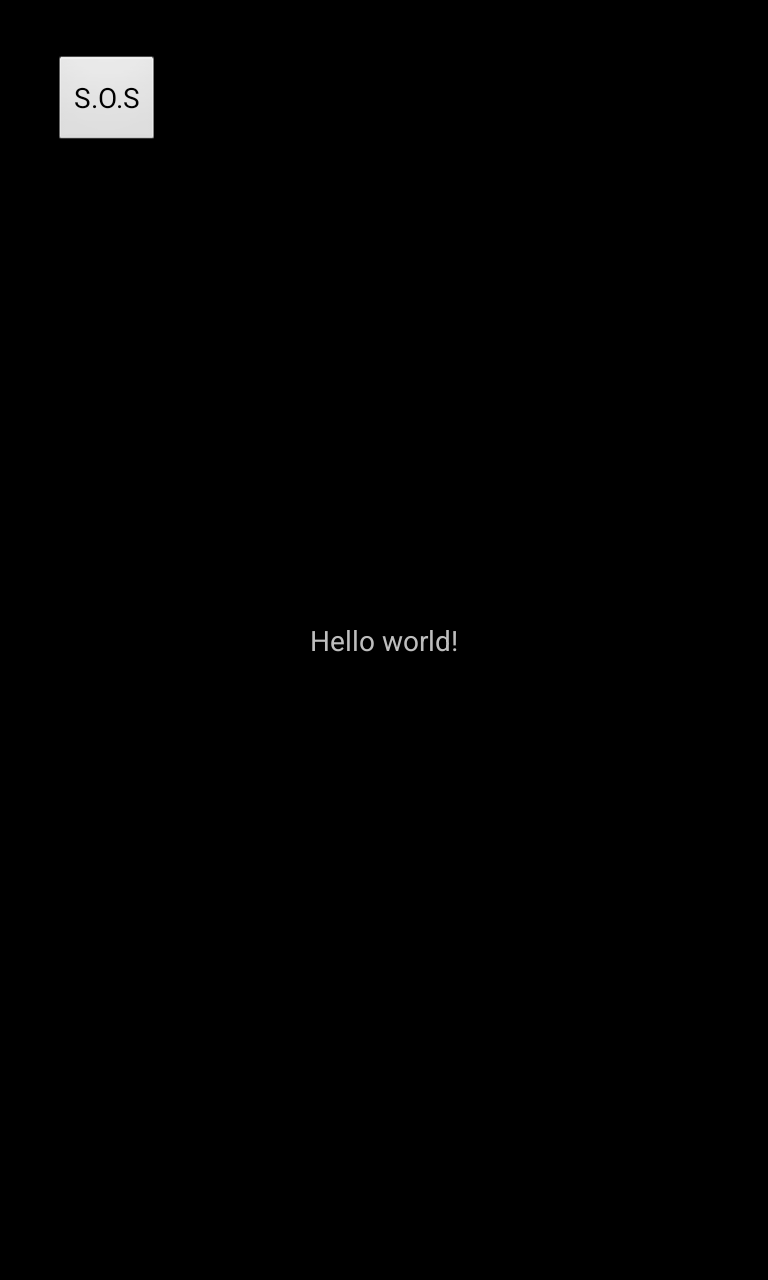
Repository: wfortini/appSOS
Layout: appMobileClient/res/layout/activity_main.xml
An editor plug-in stored every save of this project. The layout is shown before and after the next save, followed by the edit.
It is drawn on a 768 x 1280 px phone screen (xhdpi) without system bars, with theme AppTheme; the app's code is not run.

Above is the layout before, as saved 2013-03-03 00:47:07.

After the next save:
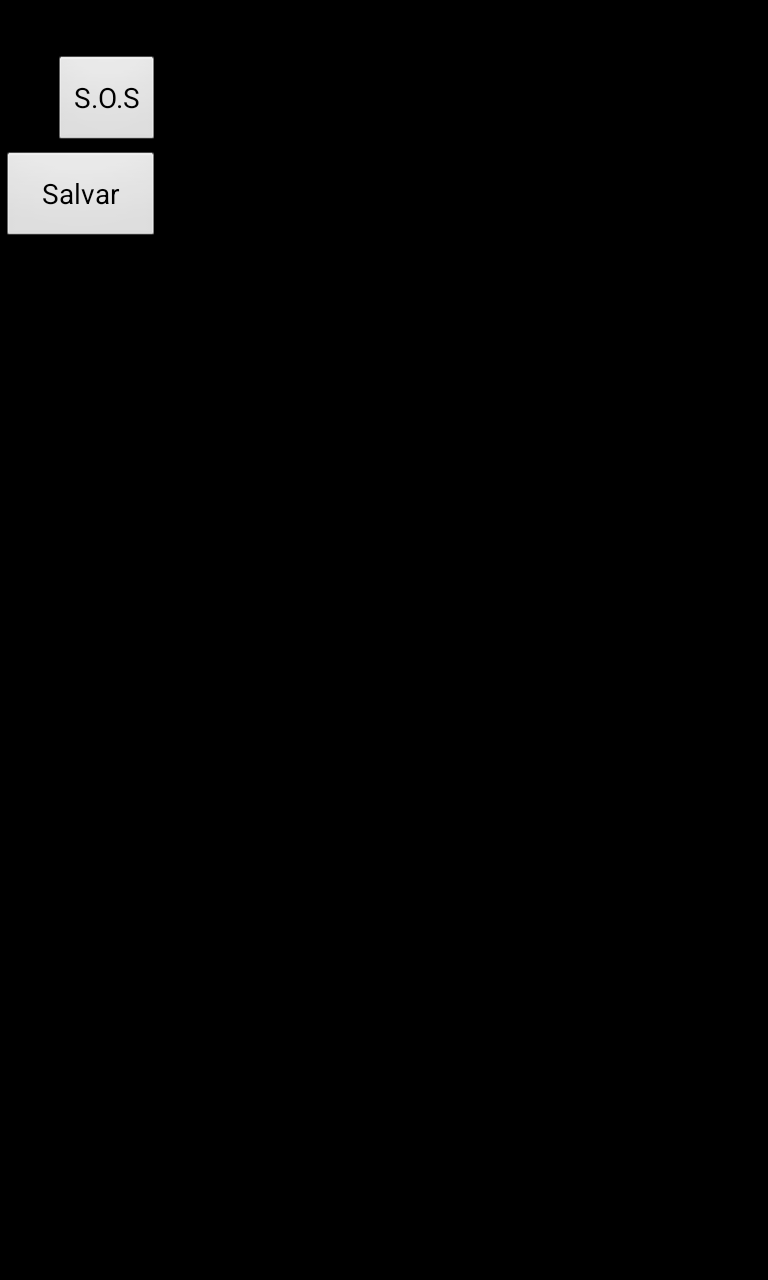
Saved 6 min 59 s later.
--- a/appMobileClient/res/layout/activity_main.xml
+++ b/appMobileClient/res/layout/activity_main.xml
@@ -3,6 +3,31 @@
     android:layout_width="match_parent"
     android:layout_height="match_parent"
     tools:context=".MainActivity" >
+
+    <TableRow >
+        <Button
+        android:id="@+id/button1"
+        android:layout_width="wrap_content"
+        android:layout_height="wrap_content"
+        android:layout_alignParentLeft="true"
+        android:layout_alignParentTop="true"
+        android:layout_marginLeft="26dp"
+        android:layout_marginTop="27dp"
+        android:text="@string/button_sos" />
+
+    </TableRow>
+
+    <TableRow >
+
+        <Button android:id="@+id/salvar"
+        			android:layout_width="fill_parent"
+        			android:layout_height="wrap_content"
+        			android:text="Salvar"/>
+
+    </TableRow>
+
+
+</TableLayout>
 
 
 
@@ -20,14 +45,6 @@
         android:layout_centerVertical="true"
         android:text="@string/hello_world" />
 
-    <Button
-        android:id="@+id/button1"
-        android:layout_width="wrap_content"
-        android:layout_height="wrap_content"
-        android:layout_alignParentLeft="true"
-        android:layout_alignParentTop="true"
-        android:layout_marginLeft="26dp"
-        android:layout_marginTop="27dp"
-        android:text="@string/button_sos" />
+
 
 </RelativeLayout>
